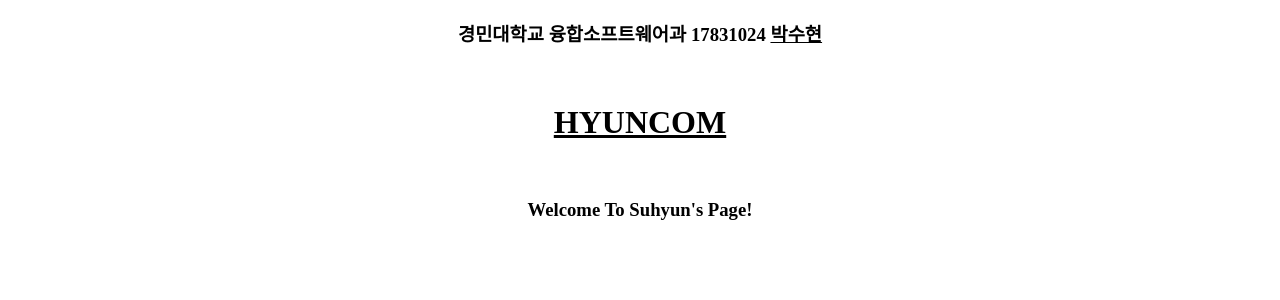
Repository: hyun5292/school
Page: http://localhost/Login/accountAll.jsp
These files come from the project's save history. The page is drawn as it stood at one moment and after the next save; the edit follows.
The browser window is 1280 px wide. The pictures show the whole page.
The page is served by Tomcat 9. Other server files are loaded and not shown.

Above is the page before, as saved 2019-06-01 13:14:11.

### JSP/Login/Login/WebContent/accountAll.jsp
<%@ page language="java" contentType="text/html; charset=EUC-KR"
    pageEncoding="EUC-KR"%>
<!DOCTYPE html>
<html>
<head>
<meta charset="EUC-KR">
<title>Insert title here</title>
</head>
<body>
	<center>
		<h3 align = "center">경민대학교 융합소프트웨어과 17831024 <ins>박수현</ins></h3>
		<br>
		<h1><ins>HYUNCOM</ins></h1>



		<br>
		<h3>
    		Welcome To Suhyun's Page!
    	</h3>

	</center>
</body>
</html>

After the next save:
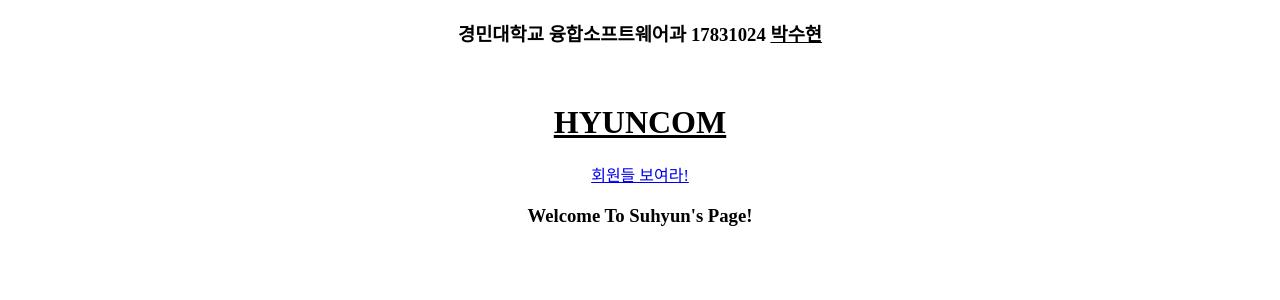
Saved 53 s later.
--- a/JSP/Login/Login/WebContent/accountAll.jsp
+++ b/JSP/Login/Login/WebContent/accountAll.jsp
@@ -12,7 +12,7 @@
 		<br>
 		<h1><ins>HYUNCOM</ins></h1>
 
-
+		<a href="accountAll.do">회원들 보여라!</a>
 
 		<br>
 		<h3>
